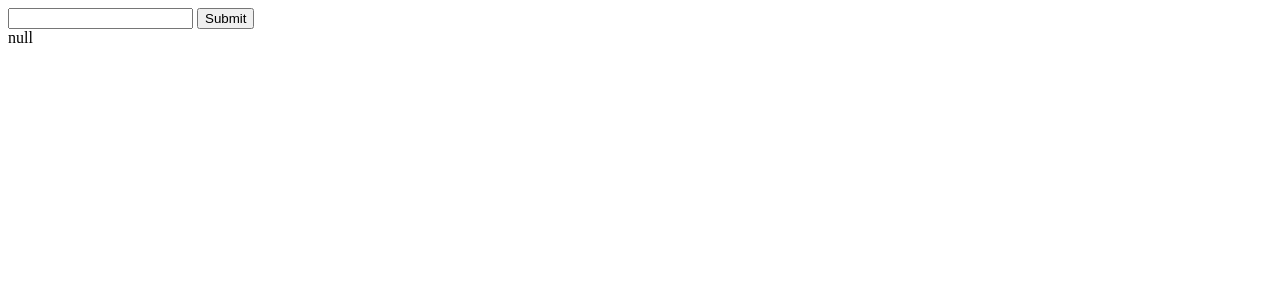
Repository: bharatgupta77/Java-codes
Page: http://localhost/Calculator/index1.jsp
These files come from the project's save history. The page is drawn as it stood at one moment and after the next save; the edit follows.
The browser window is 1280 px wide. The pictures show the whole page.
The page is served by Tomcat 9. Other server files are loaded and not shown.

Above is the page before, as saved 2020-09-29 10:31:21.

### Calculator/WebContent/index1.jsp
<%@ page language="java" contentType="text/html; charset=ISO-8859-1"
    pageEncoding="ISO-8859-1"%>
<!DOCTYPE html>
<html>
<head>
<meta charset="ISO-8859-1">
<title>Insert title here</title>
</head>
<body>

<form action="Calculator1" method="post">
	<input type="number" name="num">
	<input type="submit">

</form>


<%
Integer k= (Integer)request.getAttribute("result");
out.println(k);

%>

</body>
</html>

After the next save:
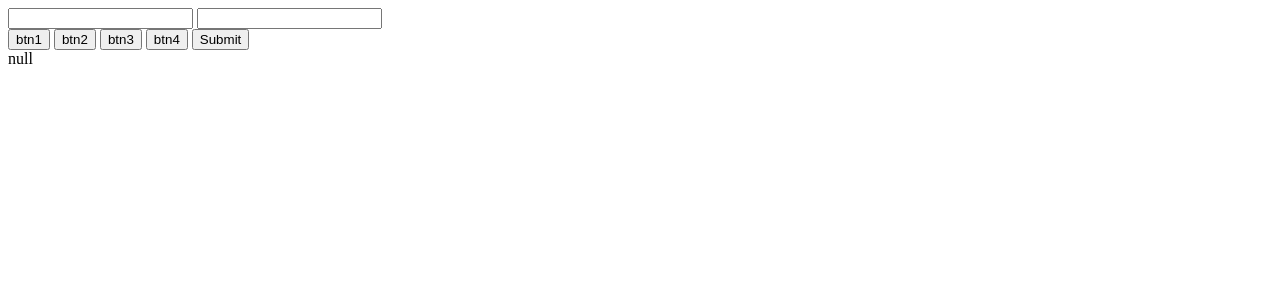
Saved 4 min 4 s later.
--- a/Calculator/WebContent/index1.jsp
+++ b/Calculator/WebContent/index1.jsp
@@ -10,6 +10,13 @@
 
 <form action="Calculator1" method="post">
 	<input type="number" name="num">
+	<input type="number" name="num1"><br>
+
+	<input type="button" name="btn1" value="btn1">
+	<input type="button" name="btn2" value="btn2">
+	<input type="button" name="btn3" value="btn3">
+	<input type="button" name="btn4" value="btn4">
+
 	<input type="submit">
 
 </form>
